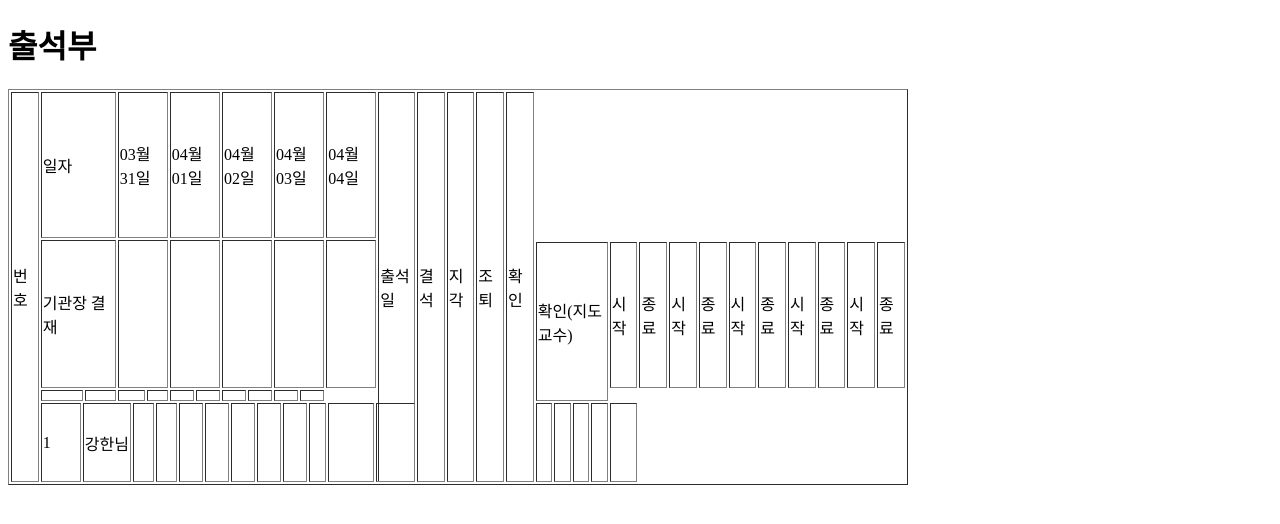
Repository: sinsujung/client
Page: ClientTest/src/main/webapp/문제/q12.html
These files come from the project's save history. The page is drawn as it stood at one moment and after the next save; the edit follows.
The browser window is 1280 px wide. The pictures show the whole page.

Above is the page before, as saved 2023-09-21 03:41:51.

After the next save:
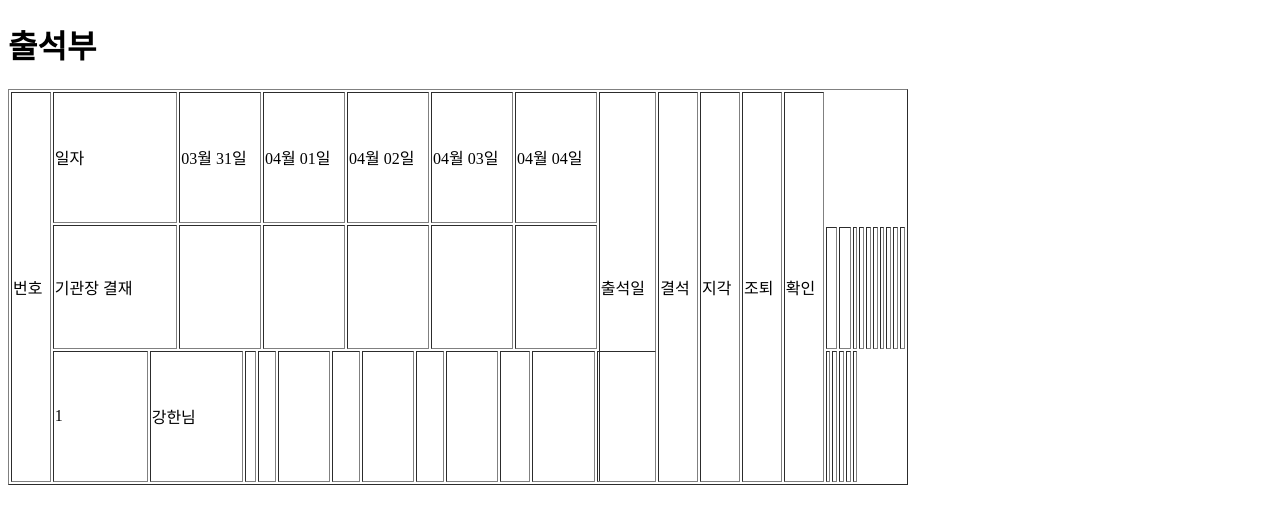
Saved 112 s later.
--- a/ClientTest/src/main/webapp/문제/q12.html
+++ b/ClientTest/src/main/webapp/문제/q12.html
@@ -29,19 +29,6 @@
 			<td rowspan="2" colspan="4"></td>
 			<td rowspan="2" colspan="4"></td>
 			<td rowspan="2" colspan="4"></td>
-		</tr>
-		<tr>
-			<td rowspan="2" colspan="4">확인(지도교수)</td>
-			<td colspan="2">시작</td>
-			<td colspan="2">종료</td>
-			<td colspan="2">시작</td>
-			<td colspan="2">종료</td>
-			<td colspan="2">시작</td>
-			<td colspan="2">종료</td>
-			<td colspan="2">시작</td>
-			<td colspan="2">종료</td>
-			<td colspan="2">시작</td>
-			<td colspan="2">종료</td>
 		</tr>
 
 		<tr>
